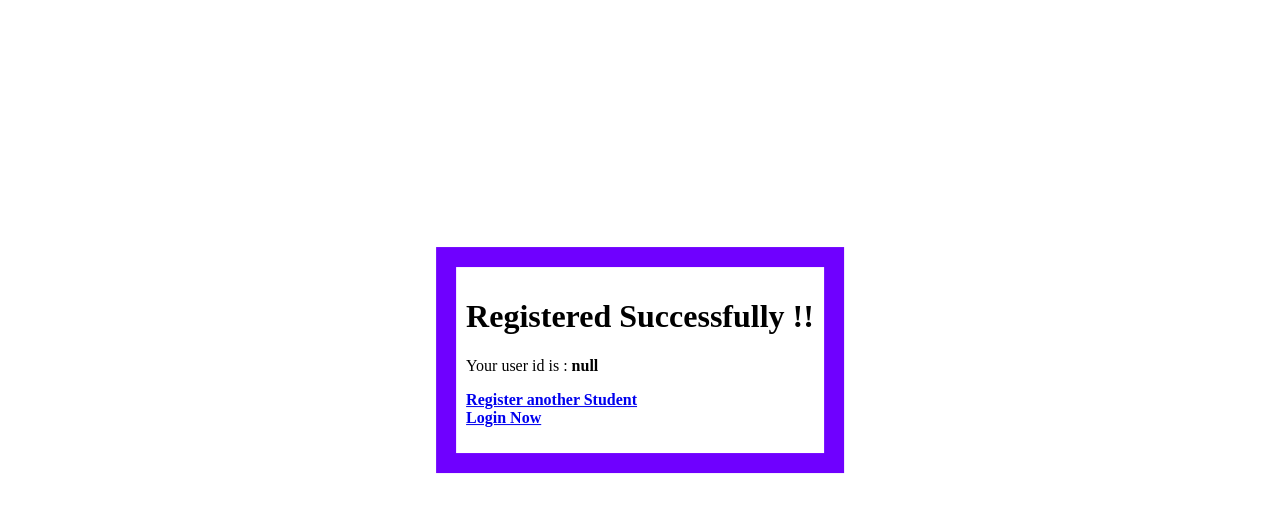
Repository: MriOj/OnlineExamPortal
Page: http://localhost/ExamPortal/sregisterconf.jsp
These files come from the project's save history. The page is drawn as it stood at one moment and after the next save; the edit follows.
The browser window is 1280 px wide. The pictures show the whole page.
The page is served by Tomcat 9.

Above is the page before, as saved 2021-09-06 11:45:13.

After the next save:
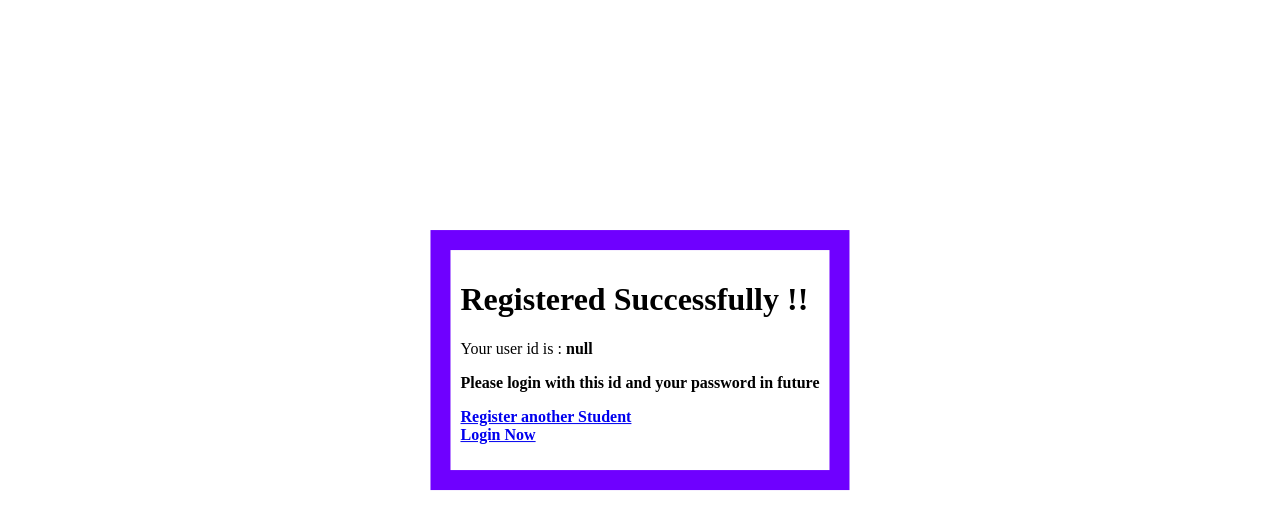
Saved 49 s later.
--- a/ExamPortal/src/main/webapp/sregisterconf.jsp
+++ b/ExamPortal/src/main/webapp/sregisterconf.jsp
@@ -12,6 +12,8 @@
 <p>
 <h1>Registered Successfully !!</h1>
 <p>Your user id is : <b><%{out.println(request.getAttribute("user"));} %><b> </p>
+<p>Please login with this id and your password in future </p>
+
 <a href="sregister">Register another Student</a>
 <br>
 <a href="slogin">Login Now </a>
